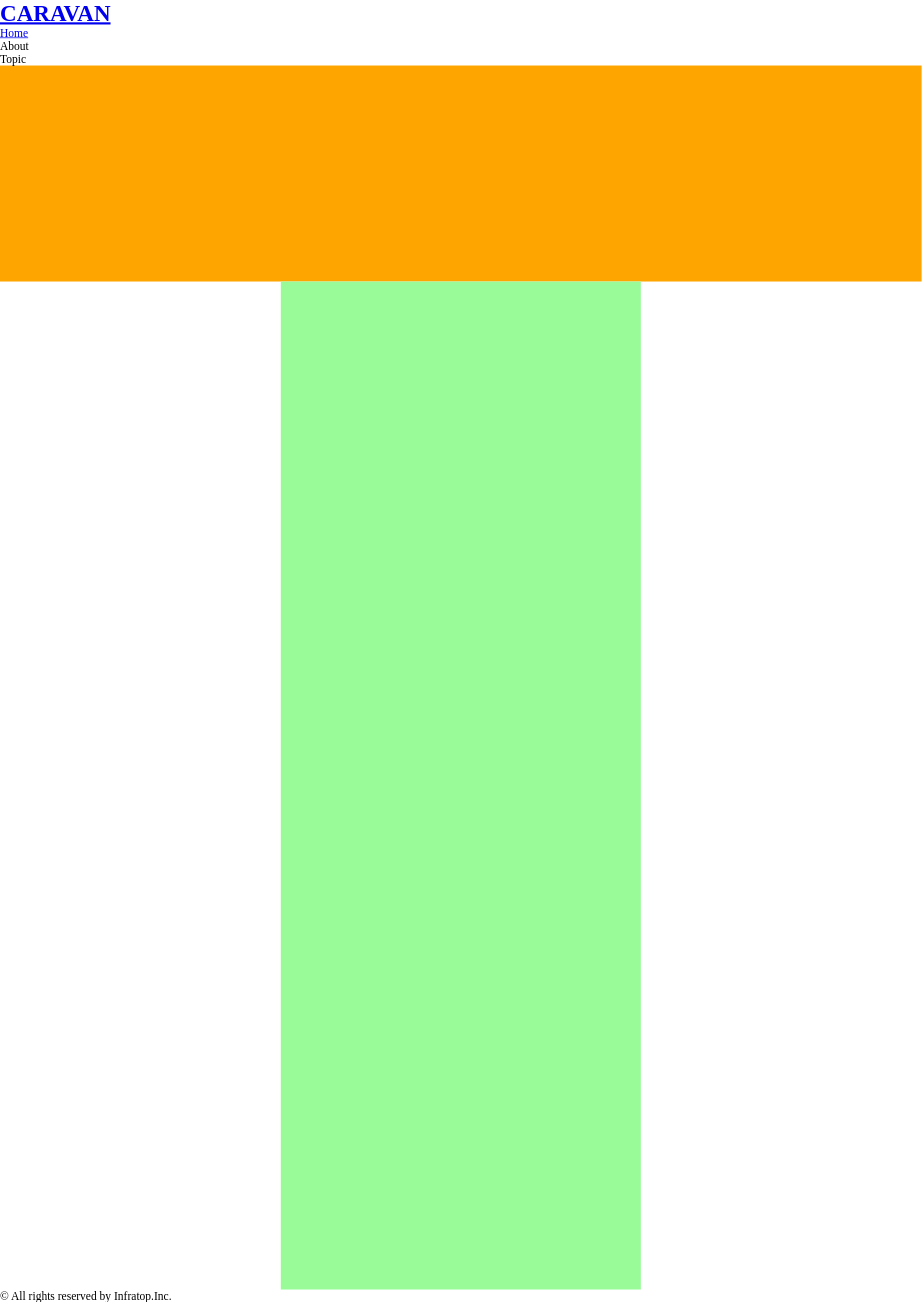
Repository: Raychel-310/chapter10
Page: caravan/index.html
The author's editor kept a record of every edit. The page is drawn from the files as they stood at one moment, then again after the next edit.
The browser window is 1280 px wide. The pictures show the whole page, at 72% of full size.

Above is the page before.

After the next edit:
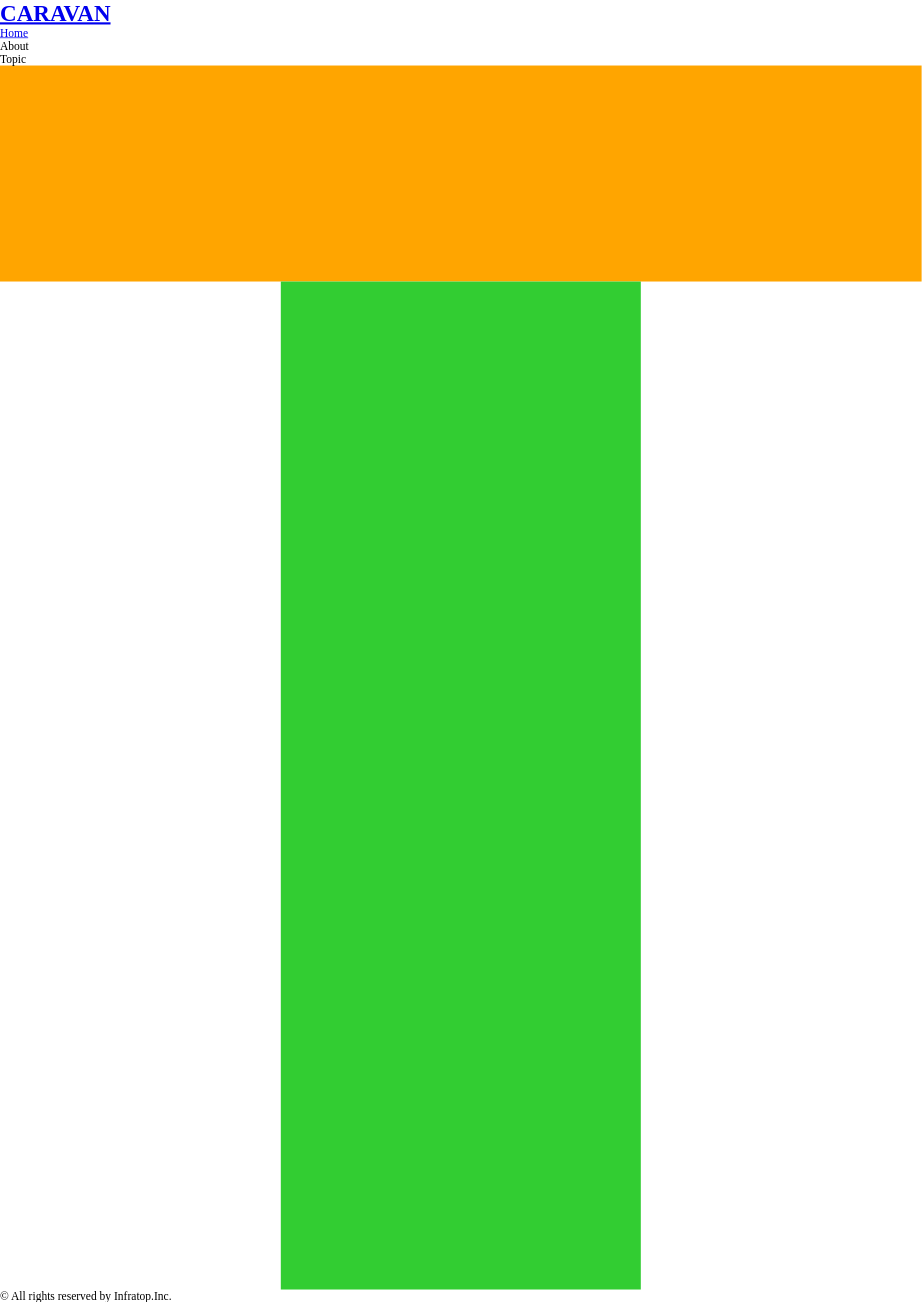
The edit:
--- a/caravan/style.css
+++ b/caravan/style.css
@@ -52,7 +52,7 @@
 .blog {
   width: 500px; /* 横幅600px */
   height: 1400px; /* 高さ600px */
-  background-color: palegreen; /* 背景色limegreen */
+  background-color: limegreen; /* 背景色limegreen */
   /*display: flex; /* Flexboxの利用 */
   /*justify-content: center;*/ /* 子要素の横並び・中央寄せ */
 }
